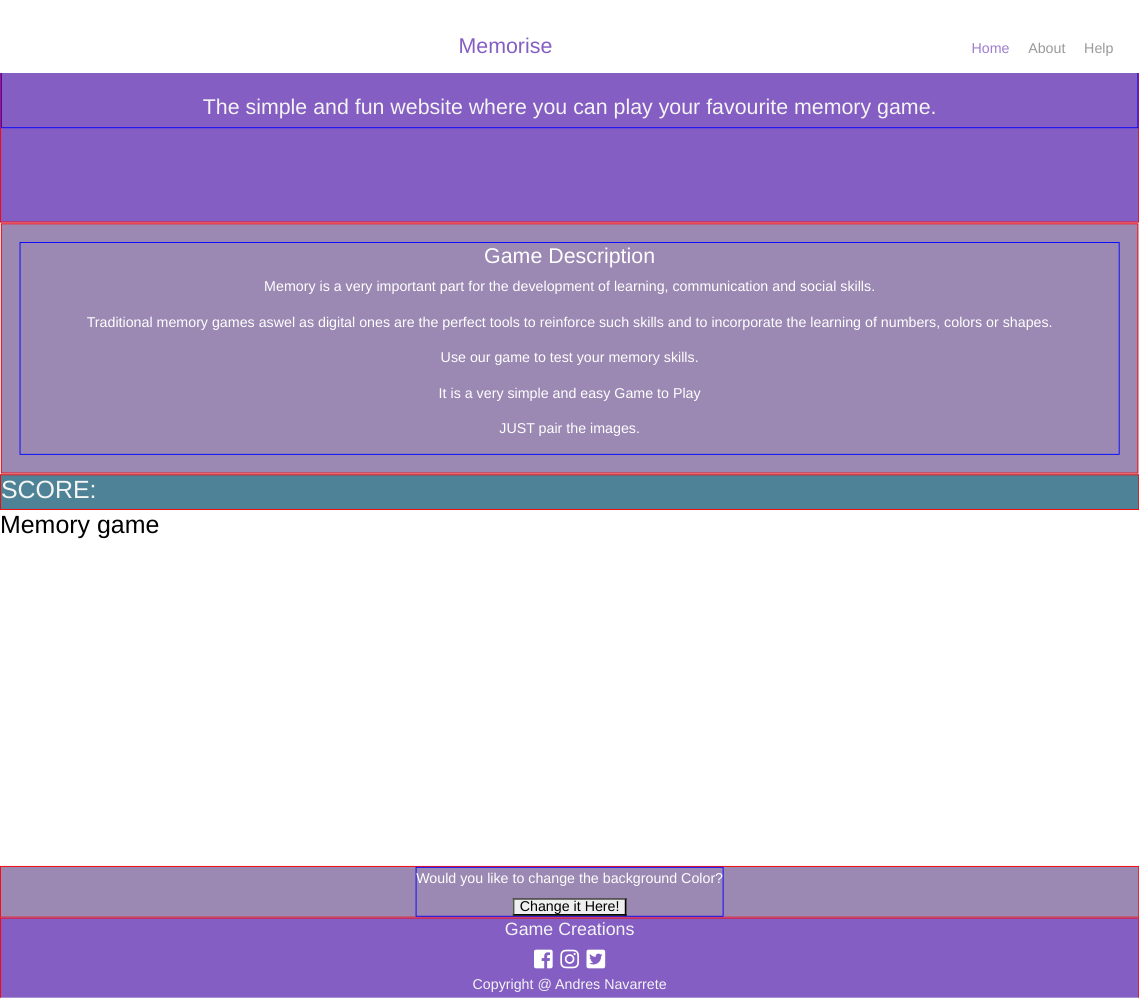
Repository: andna5980/memorise
Page: index.html
These files come from the project's save history. The page is drawn as it stood at one moment and after a run of saves; the edit follows.
The browser window is 1280 px wide. The pictures show the whole page, at 89% of full size.
Some web fonts or font styles are not loaded; a fallback is used. Some web libraries are served in a nearby version.

Above is the page before, as saved 2021-05-11 18:10:29.
Console error: SyntaxError: Unexpected end of input

### index.html
<!DOCTYPE html>
<html lang="en">

<head>
    <meta charset="UTF-8">
    <meta http-equiv="X-UA-Compatible" content="IE=edge">
    <meta name="viewport" content="width=device-width, initial-scale=1.0">
    <meta name="author" content="Andres Navarrete">
    <meta name="description" content="Web-based Memory Game">
    <title>MEMORISE | GAME</title>
    <link rel="stylesheet" href="https://cdn.jsdelivr.net/npm/bootstrap@4.5.3/dist/css/bootstrap.min.css"
        integrity="sha384-TX8t27EcRE3e/ihU7zmQxVncDAy5uIKz4rEkgIXeMed4M0jlfIDPvg6uqKI2xXr2" crossorigin="anonymous">
    <link rel="stylesheet" href="https://use.fontawesome.com/releases/v5.6.3/css/all.css"
        integrity="sha384-UHRtZLI+pbxtHCWp1t77Bi1L4ZtiqrqD80Kn4Z8NTSRyMA2Fd33n5dQ8lWUE00s/" crossorigin="anonymous">
    <link href="./assets/styles/style.css" rel="stylesheet">

</head>

<body>
    <header>
        <nav class="navbar navbar-expand-md navbar-light fixed-top navbar-bg">
            <a class="navbar-brand" href="index.html">Memorise</a>
            <button class="navbar-toggler" type="button" data-toggle="collapse" data-target="#navbarNav"
                aria-controls="navbarNav" aria-expanded="false" aria-label="Toggle navigation">
                <span class="navbar-toggler-icon"></span>
            </button>
            <div class="collapse navbar-collapse menu-items" id="navbarNav" style="opacity: 0.8;">
                <ul class="navbar-nav">
                    <li class="nav-item active">
                        <a class="nav-link" href="index.html">Home</a>
                    </li>
                    <li class="nav-item">
                        <a class="nav-link" href="about.html">About</a>
                    </li>
                    <li class="nav-item">
                        <a class="nav-link" href="help.html">Help</a>
                    </li>
                </ul>
            </div>
        </nav>

        <div class="header test-red">
            <div class="welcome-test test-blue">
                <br>
                <h4>
                    The simple and fun website where you can play your favourite memory game.
                </h4>

            </div>
        </div>
    </header>


    <div class="game-description test-red">
        <div class="test-blue">
            <h4>Game Description</h4>
            <p>
                Memory is a very important part for the development of learning, communication and social skills.
            </p>
            <p>Traditional memory games aswel as digital ones are the perfect tools to reinforce such skills and to
                incorporate the learning of numbers, colors or shapes.</p>
            Use our game to test your memory skills.
            </p>
            <p>It is a very simple and easy Game to Play</p>
            <p> JUST pair the images. </p>
        </div>
    </div>


    <!---------GAME AREA ----->
    <div id="game-box"  class="game-area test-red">
        <div class="game-area-box">
            <!---- <button id="letsplay">Lets Play!</button> -->
            <h3>SCORE:<span id="result"></span></h3>
            <!--<img src="assets/images/lego.png" alt="batman face"> -->
        </div>
    </div>

    <!--------- SCORE GAME AREA  *****TESTING *****----->
    <div class="grid">
        <h3 style="color: black;">Memory game </h3>
    </div>

    <!---------CHANGE COLOR AREA ----->

    <div class="change-color test-red">

        <div class="test-blue">
            <p>Would you like to change the background Color?</p>
            <button id="changecolor">Change it Here!</button>
        </div>
    </div>


    <!---------FOOTER AREA ----->
    <footer>
        <div class="social-networks test-red">
            <h5>Game Creations</h5>

            <a href="http://facebook.com" target="_blank"><i class="fab fa-facebook-square"></i></a>

            <a href="http://instagram.com" target="_blank"><i class="fab fa-instagram"></i></a>

            <a href="http://twitter.com" target="_blank"><i class="fab fa-twitter-square"></i></a>

            <h6>Copyright @ Andres Navarrete</h6>
        </div>
    </footer>

    <script src="./assets/js/main.js"></script>

    <script src="https://code.jquery.com/jquery-3.2.1.slim.min.js"
        integrity="sha384-KJ3o2DKtIkvYIK3UENzmM7KCkRr/rE9/Qpg6aAZGJwFDMVNA/GpGFF93hXpG5KkN"
        crossorigin="anonymous"></script>
    <script src="https://cdnjs.cloudflare.com/ajax/libs/popper.js/1.12.9/umd/popper.min.js"
        integrity="sha384-ApNbgh9B+Y1QKtv3Rn7W3mgPxhU9K/ScQsAP7hUibX39j7fakFPskvXusvfa0b4Q"
        crossorigin="anonymous"></script>
    <script src="https://maxcdn.bootstrapcdn.com/bootstrap/4.0.0/js/bootstrap.min.js"
        integrity="sha384-JZR6Spejh4U02d8jOt6vLEHfe/JQGiRRSQQxSfFWpi1MquVdAyjUar5+76PVCmYl"
        crossorigin="anonymous"></script>
</body>

</html>

### assets/styles/style.css
@import url('https://fonts.googleapis.com/css2?family=Amatic+SC&family=Original+Surfer&display=swap');
body {
    /*font-family: Arial, Helvetica, sans-serif;*/
    font-family: Original Surfer, Amatic, Helvetica;
    color: whitesmoke;
    max-width: 2000px;
}

header {
    font-family: Original Surfer, Amatic, Helvetica;
    color: whitesmoke;
    background-color: #845EC2;
}

/* ----- ROWS AND COLUMM AREAS - TESTING -----*/

.test-red {
    border: 1px solid red
}

.test-blue {
    border: 1px solid blue;
}

/*------------------------------------------HEADER------------------------*/

.header{
    height: 200px;
    margin-top: 50px;

}

.welcome-test {
    text-align: center;
    margin-top: 10px 0;
    padding-top: 30px;
}

.navbar-brand {
    font-family: Original Surfer, Amatic, Helvetica;
    font-size: 150%;
    margin-left: 40%;
    margin-top: 20px;
}

.navbar-light .navbar-brand {
    color: #845EC2;
}

.navbar-light .navbar-nav .active>.nav-link, .navbar-light .navbar-nav .nav-link.active, .navbar-light .navbar-nav .nav-link.show, .navbar-light .navbar-nav .show>.nav-link {
    color:#845EC2;
}


.fixed-top{
    position: fixed;
    z-index: 10;

}

.navbar-bg{
    background: white;
}


.menu-items{
    justify-content: flex-end;
}


.navbar-nav li a {
    margin-top: 25px;
    color: white;
    text-align: left;
    margin-right: 5px;
}

.navbar-toggler {
    border: 2px solid white;
    color: #845EC2;
}




/*----------------------------------CHANGE BACKGROUND COLOR AREA -----------------------*/

.change-color {
    background-color: #9B89B3;
    display: flex;
    justify-content: center;
    align-items: center;
}

.change-color p {
    color: white;
    margin-bottom: 10px;
}

#changecolor {
    margin: auto;
    /*margin-left: 35%;*/
    height: 20px;
    display: flex;
    justify-content: center;
    align-items: center;
}

/*----------------------------------GAME DESCRIPTION -----------------------*/

.game-description {
    margin: 1px;
    padding: 20px;
    background-color: #9B89B3;
    color:white;
    text-align: center;
}

/*-------------------------------- SCORE GAME AREA--------------------------------*/

#game-box {
    background-color: #4E8397;
    height: 40px;
}

.game-area-box {
    height: 100px;

}

/*---------GAME AREA *******TESTING ******-----*/

.grid {
    display: flex;
    flex-wrap: wrap;
    height: 400px;
    width: 400px;

}



/*--------------------------------FOOTER--------------------------------*/

footer {
    font-family: Original Surfer, Amatic, Helvetica;
    color: whitesmoke;
    background-color: #845EC2;
    height: 90px;
    width: 100%;
    overflow: hidden;
}

.social-networks {
    text-align: center;
}

.social-networks a {
    color: white;
    margin: 1px;
    padding: 1px;
    display: inline-block;
    transition: all 0.35s ease-in-out;
    -moz-transition: all 0.35s ease-in-out;
    -webkit-transition: all 0.35s ease-in-out;
    -o-transition: all 0.35s ease-in-out;
}

.social-networks a i:hover {
    color: #F9F871;
}

.social-networks i {
    font-size: 150%;
}


/*----------------------- About - Page----------*/

### assets/js/main.js
//Colors array
//let colors = ['black','blue','yellow', 'white','brown'];

//get button
//let button = document.getElementById('changecolor');

//add Event for changing colors
//button.addEventListener('click', function(){

    //add random color
    //var randomColor = colors[Math.floor(Math.random() * colors.length)]
    //let container = document.getElementById('game-box')

  //  container.style.background = randomColor;
//})

//Card Options

document.addEventListener('DOMContentLoaded', () => {

  const cardArray = [
        {
            name: 'woman',
            img: 'images/wonderwoman.png'
        },
        {
            name: 'woman',
            img: 'images/wonderwoman.png'
        },
        {
            name: 'batman',
            img: 'images/batman.png'
        },
        {
            name: 'batman',
            img: 'images/batman.png'
        },
        {
            name: 'boxer',
            img: 'images/boxer.png'
        },
        {
            name: 'boxer',
            img: 'images/boxer.png'
        },
        {
            name: 'gadget',
            img: 'images/gadget.png'
        },
        {
            name: 'gadget',
            img: 'images/gadget.png'
        },
        {
            name: 'greenman',
            img: 'images/greenman.png'
        },
        {
            name: 'greenman',
            img: 'images/greenman.png'
        },
        {
            name: 'ninja',
            img: 'images/ninja.png'
        },
        {
            name: 'ninja',
            img: 'images/ninja.png'
        },

    ]


const grid = document.querySelector('.grid')

// Game Board
function createBoard() {
    for (let i = 0; i < cardArray.length; i++) {
        var card = document.createElement('img')
        card.setAttribute('src', 'images/lego.png')
        card.setAttribute('data-id', i)
        //card.addEventListener('click', flipcard)
        grid.appendChild(card)
    }
}



createBoard()

After the next 2 saves:
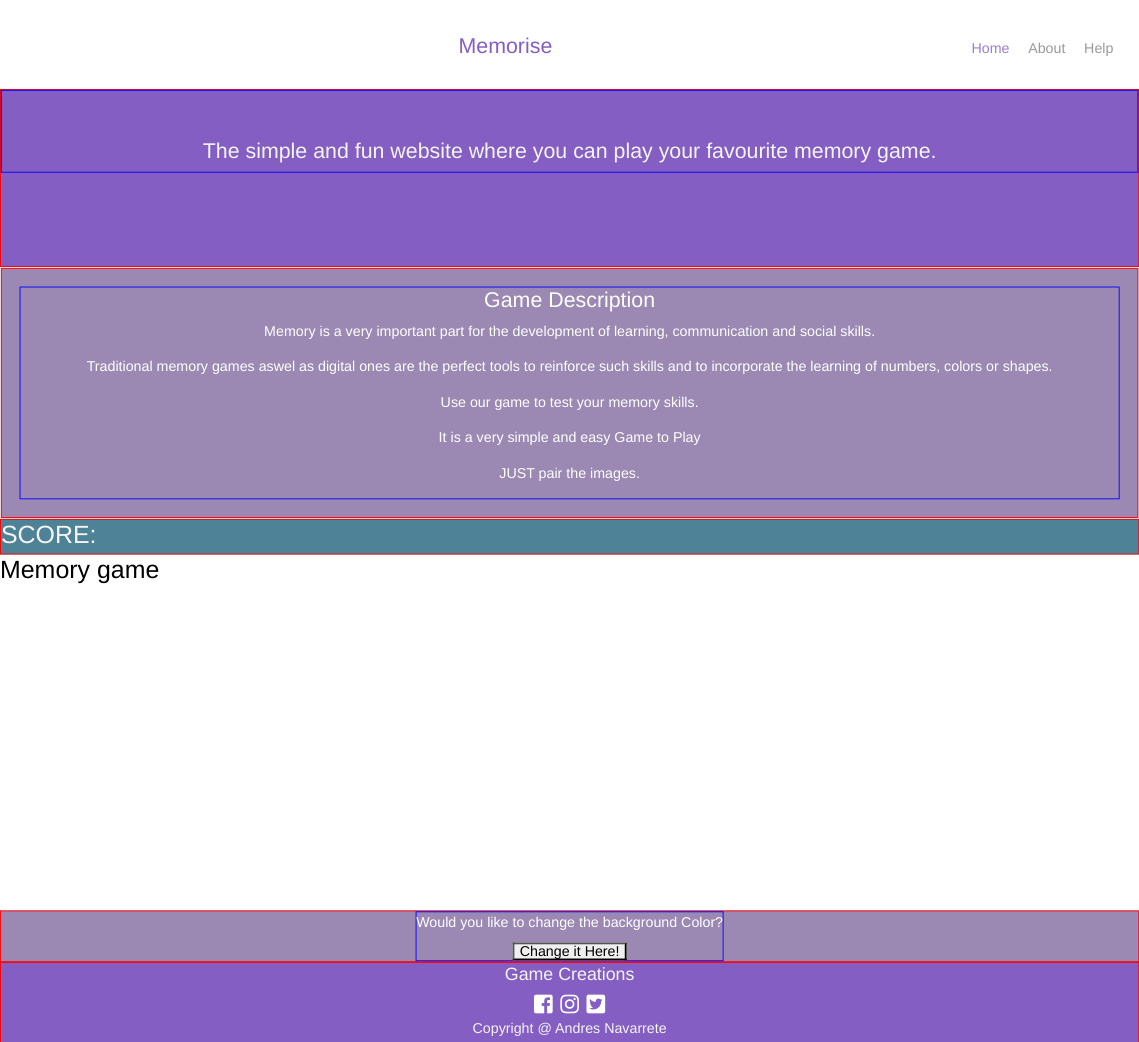
The 2 saves are shown as one change because they came seconds apart.
The last was saved 13 s later.
--- a/assets/styles/style.css
+++ b/assets/styles/style.css
@@ -26,7 +26,7 @@ header {
 
 .header{
     height: 200px;
-    margin-top: 50px;
+    margin-top: 100px;
 
 }
 
